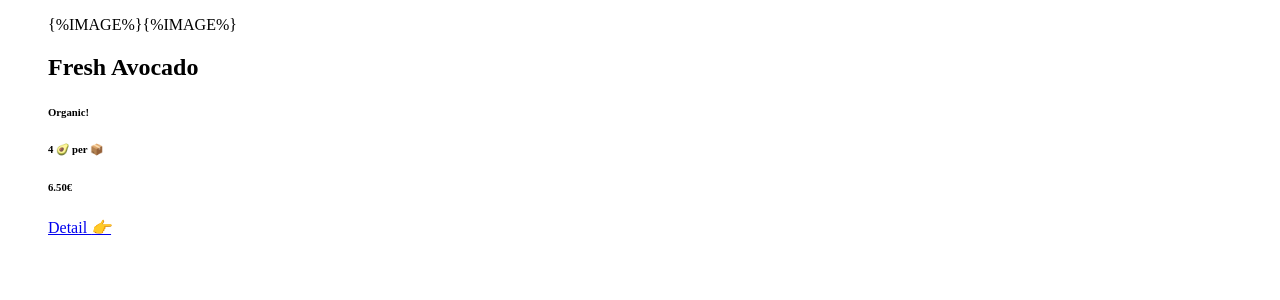
Repository: Tiantian-C/node2
Page: templates/template-card.html
These files come from the project's save history. The page is drawn as it stood at one moment and after the next save; the edit follows.
The browser window is 1280 px wide. The pictures show the whole page.

Above is the page before, as saved 2023-07-15 15:43:34.

After the next save:
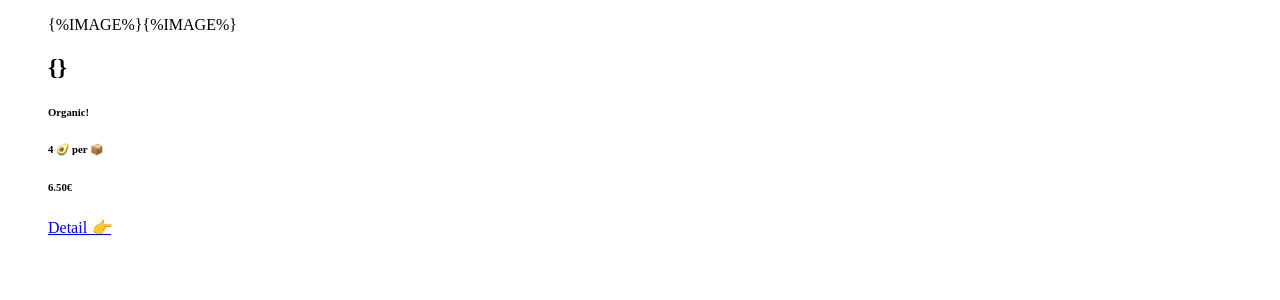
Saved 13 s later.
--- a/templates/template-card.html
+++ b/templates/template-card.html
@@ -2,7 +2,7 @@
   <div class="card__emoji">{%IMAGE%}{%IMAGE%}</div>
 
   <div class="card__title-box">
-    <h2 class="card__title">Fresh Avocado</h2>
+    <h2 class="card__title">{}</h2>
   </div>
 
   <div class="card__details">
